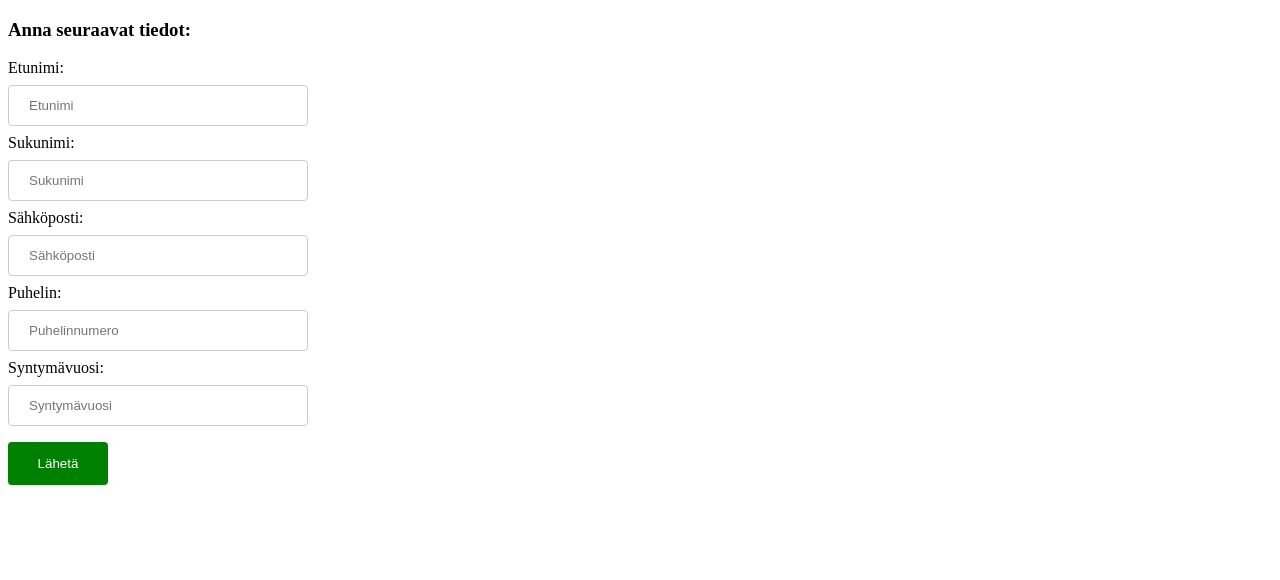
Repository: er-12/tehtava6
Page: http://localhost/t3/kysy.jsp
The author's editor kept a copy of each file at every save. The page is drawn from the files as they stood at one save, then again after the next save.
The browser window is 1280 px wide. The pictures show the whole page.
The page is served by Tomcat 9.

Above is the page before, as saved 2021-04-17 11:16:05.

After the next save:
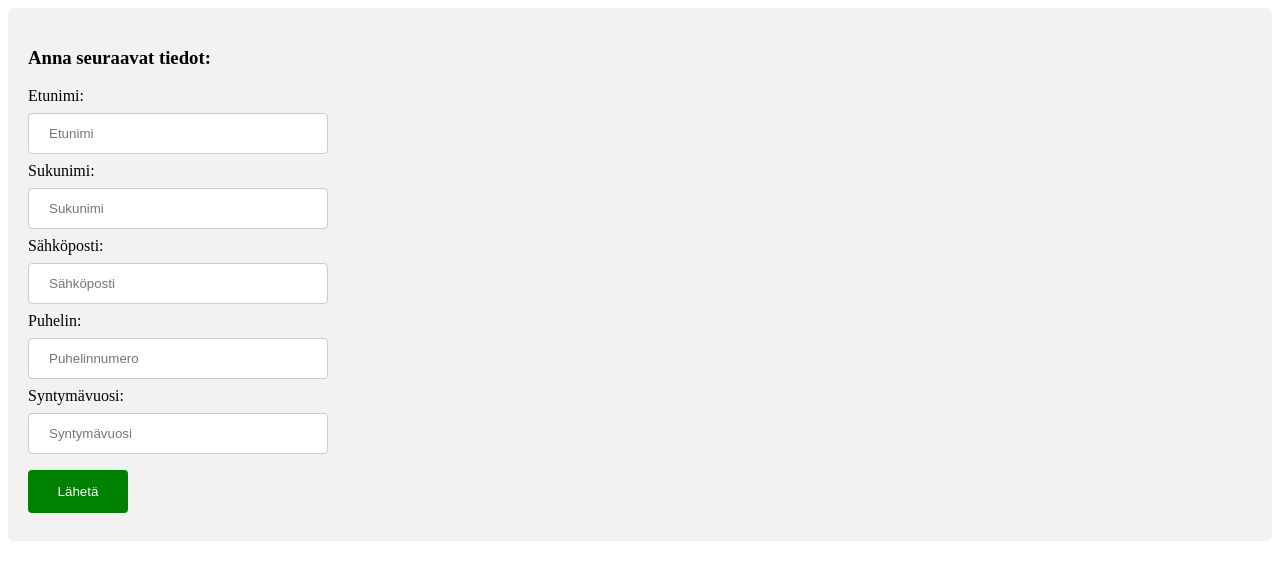
Saved 46 s later.
--- a/t3/WebContent/kysy.jsp
+++ b/t3/WebContent/kysy.jsp
@@ -24,7 +24,9 @@ input[type=submit] {
   border-radius: 4px;
 }
 div {
-width: 500px;
+  border-radius: 5px;
+  background-color: #f2f2f2;
+  padding: 20px;
 }
 </style>
 <head>
